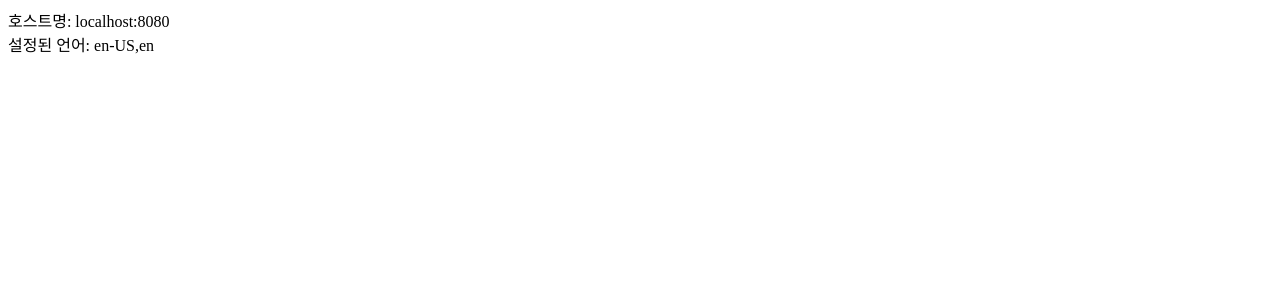
Repository: Kongnamu/JSPworks
Page: http://localhost/jwbook/request/request2.jsp
The author's editor kept a copy of each file at every save. The page is drawn from the files as they stood at one save, then again after the next save.
The browser window is 1280 px wide. The pictures show the whole page.
The page is served by Tomcat 9.

Above is the page before, as saved 2023-11-21 02:55:28.

After the next save:
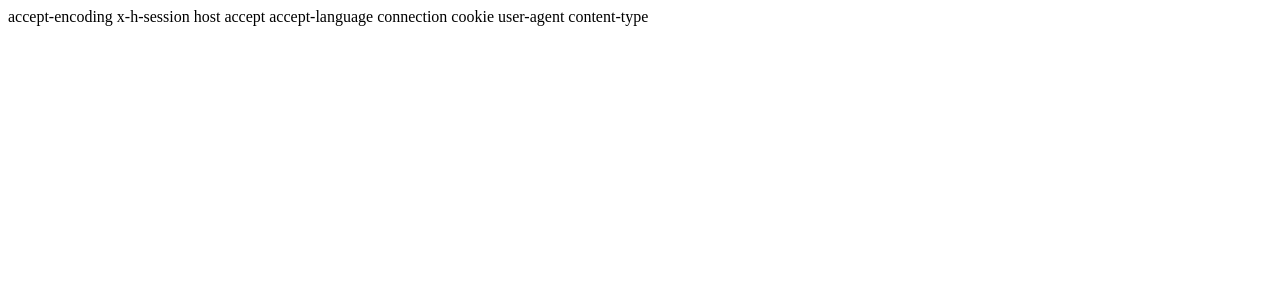
Saved 3 min 49 s later.
--- a/jwbook/src/main/webapp/request/request2.jsp
+++ b/jwbook/src/main/webapp/request/request2.jsp
@@ -1,9 +1,19 @@
+<%@ page import="java.util.Enumeration"%>
 <%@ page language="java" contentType="text/html; charset=UTF-8"
     pageEncoding="UTF-8"%>
 <%
+	//Http 헤더 정보값 출력
 	String hostValue = request.getHeader("host");
 	String aValue = request.getHeader("accept-language");
 
-	out.println("호스트명: " + hostValue + "<br>");
-	out.println("설정된 언어: " + aValue);
+	/* out.println("호스트명: " + hostValue + "<br>");
+	out.println("설정된 언어: " + aValue); */
+
+	//반복자 객체 얻기
+	Enumeration<String> en = request.getHeaderNames();
+	while(en.hasMoreElements()){ // 요소가 있다면 반복해서 추가해라
+		String headerName = en.nextElement();
+
+		out.println(headerName);
+	}
 %>

After the save that followed:
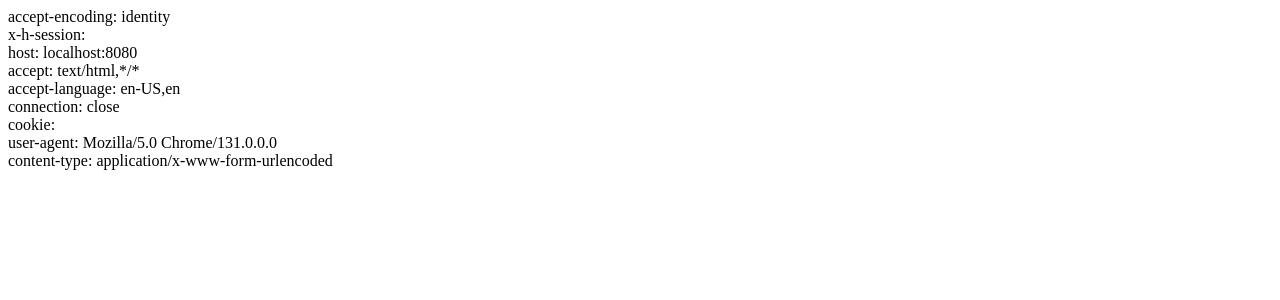
Saved 2 min 10 s later.
--- a/jwbook/src/main/webapp/request/request2.jsp
+++ b/jwbook/src/main/webapp/request/request2.jsp
@@ -12,8 +12,10 @@
 	//반복자 객체 얻기
 	Enumeration<String> en = request.getHeaderNames();
 	while(en.hasMoreElements()){ // 요소가 있다면 반복해서 추가해라
+		//헤더 이름 얻기(키값)
 		String headerName = en.nextElement();
+		String headerValue = request.getHeader(headerName);
 
-		out.println(headerName);
+		out.println(headerName + ": " + headerValue + "<br>");
 	}
 %>
